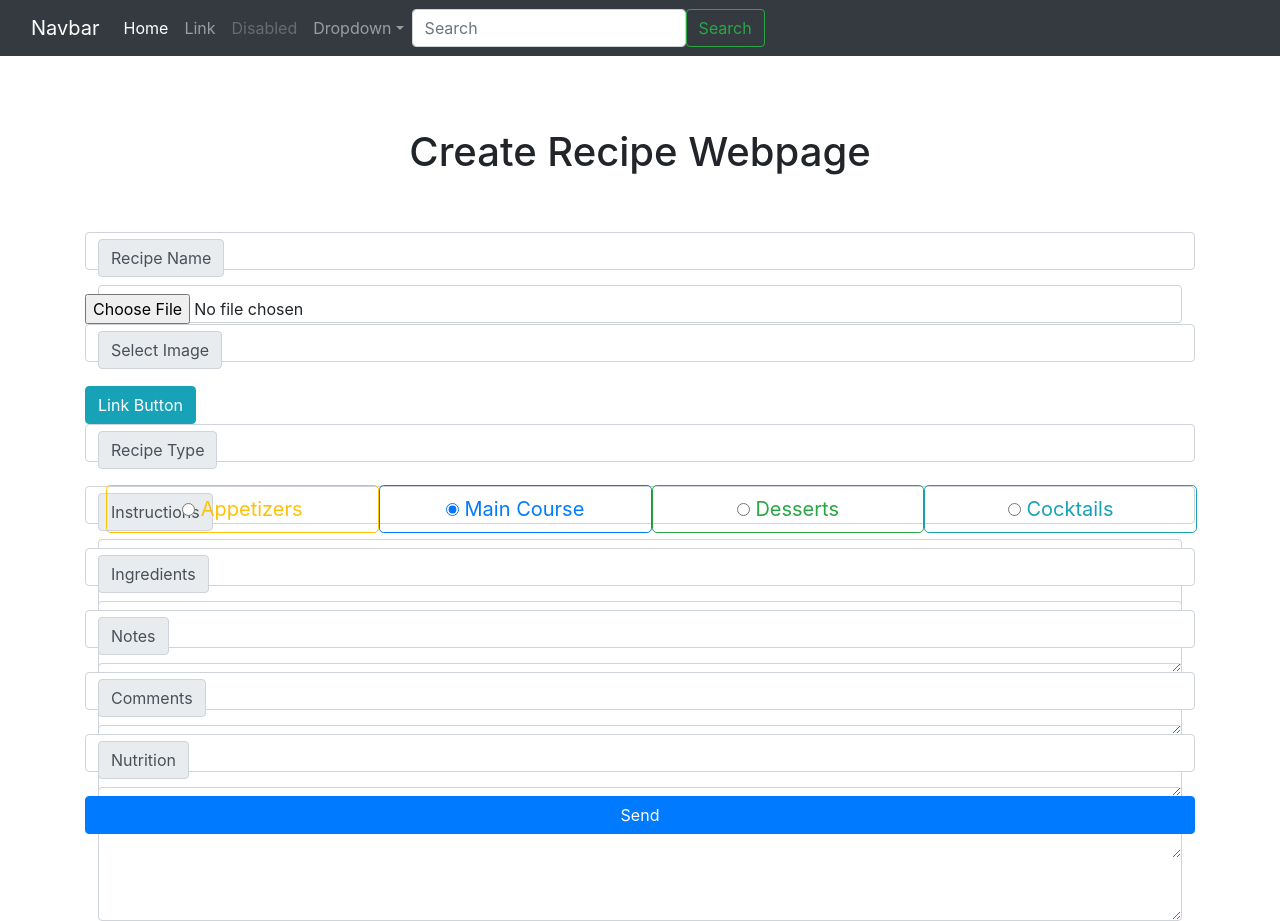
Repository: jerrywthompson/createRecipeWebpageHTML
Page: index.html
The author's editor kept a copy of each file at every save. The page is drawn from the files as they stood at one save, then again after the next save.
The browser window is 1280 px wide. The pictures show the whole page.

Above is the page before, as saved 2021-02-25 15:29:16.

### index.html
<!doctype html>
<html lang="en">
    <head>
        <meta charset="utf-8">
        <meta name="viewport" content="width=device-width, initial-scale=1">
        <meta name="description" content="">
        <meta name="author" content="Mark Otto, Jacob Thornton, and Bootstrap contributors">
        <meta name="generator" content="Hugo 0.80.0">
        <title>Create Recipe Webpage</title>

        <link rel="stylesheet" href="css/main.css"/>
        <!-- Bootstrap core CSS -->
        <!-- <link href="css/bootstrap5/css/bootstrap.min.css" rel="stylesheet"> -->
        <link rel="stylesheet" href="css/bootstrap-4.5.3/css/bootstrap.min.css">

        <style>
            .bd-placeholder-img {
                font-size: 1.125rem;
                text-anchor: middle;
                -webkit-user-select: none;
                -moz-user-select: none;
                user-select: none;
            }

            @media (min-width: 768px) {
                .bd-placeholder-img-lg {
                    font-size: 3.5rem;
                }
            }
        </style>

    </head>
    <body>

        <nav class="navbar navbar-expand-md navbar-dark bg-dark fixed-top">
            <div class="container-fluid">
                <a class="navbar-brand" href="#">Navbar</a>
                <button class="navbar-toggler" type="button" data-bs-toggle="collapse" data-bs-target="#navbarsExampleDefault" aria-controls="navbarsExampleDefault" aria-expanded="false" aria-label="Toggle navigation">
                    <span class="navbar-toggler-icon"></span>
                </button>

                <div class="collapse navbar-collapse" id="navbarsExampleDefault">
                    <ul class="navbar-nav me-auto mb-2 mb-md-0">
                        <li class="nav-item">
                            <a class="nav-link active" aria-current="page" href="#">Home</a>
                        </li>
                        <li class="nav-item">
                            <a class="nav-link" href="#">Link</a>
                        </li>
                        <li class="nav-item">
                            <a class="nav-link disabled" href="#" tabindex="-1" aria-disabled="true">Disabled</a>
                        </li>
                        <li class="nav-item dropdown">
                            <a class="nav-link dropdown-toggle" href="#" id="dropdown01" data-bs-toggle="dropdown" aria-expanded="false">Dropdown</a>
                            <ul class="dropdown-menu" aria-labelledby="dropdown01">
                                <li><a class="dropdown-item" href="#">Action</a></li>
                                <li><a class="dropdown-item" href="#">Another action</a></li>
                                <li><a class="dropdown-item" href="#">Something else here</a></li>
                            </ul>
                        </li>
                    </ul>
                    <form class="d-flex">
                        <input class="form-control me-2" type="search" placeholder="Search" aria-label="Search">
                        <button class="btn btn-outline-success" type="submit">Search</button>
                    </form>
                </div>
            </div>
        </nav>
        <div class="starter-template text-center py-5 px-3">
            <h1>Create Recipe Webpage</h1>
        </div>
        <main class="container">
            <div class="input-section">
                <fieldset class="form-group">

                    <form action="main.php" method="post">
                        <div class="form-control mb-4">
                            <div class="input-group-prepend mb-2">
                                <span class="input-group-text" id="inputGroup-sizing-default">Recipe Name</span>
                            </div>
                            <input type="text" name="recipeName" class="form-control" aria-label="Default" aria-describedby="inputGroup-sizing-default">
                        </div>

                        <input id="input-b1" name="input-b1" type="file" class="file" data-browse-on-zone-click="true">
                        <div class="form-control mb-4">

                            <div class="input-group-prepend mb-2">
                                <span class="input-group-text">Select Image</span>
                            </div>
                            <input type="file" class="custom-file-input" name="image" id="exampleInputFile">
                        </div>


                        <a href="uploadFile/index.html" class="btn btn-info" role="button">Link Button</a>

                        <div class="form-control mb-4">
                            <div class="input-group-prepend mb-3">
                                <span class="input-group-text" id="inputGroup-sizing-default">Recipe Type</span>
                            </div>
                            <div class="btn-toolbar row ml-2">
                                <label class="btn btn-outline-warning btn-lg col-lg-3">
                                    <input type="radio" name="recipeType" id="appetizers" value="appetizers" autocomplete="off" > Appetizers
                                </label>
                                <label class="btn btn-outline-primary btn-lg col-lg-3">
                                    <input type="radio" name="recipeType" id="main_course" value="main_course" autocomplete="off" checked> Main Course
                                </label>
                                <label class="btn btn-outline-success btn-lg col-lg-3">
                                    <input type="radio" name="recipeType" id="desserts" value="desserts" autocomplete="off"> Desserts
                                </label>
                                <label class="btn btn-outline-info btn-lg col-lg-3">
                                    <input type="radio" name="recipeType" id="cocktails" value="cocktails" autocomplete="off"> Cocktails
                                </label>
                            </div>
                        </div>
                        <div class="form-control mb-4">
                            <div class="input-group-prepend mb-2">
                                <span class="input-group-text">Instructions</span>
                            </div>
                            <textarea class="form-control" name="instructions" id="instructions" rows="5"></textarea>
                        </div>
                        <div class="form-control mb-4">
                            <div class="input-group-prepend mb-2">
                                <span class="input-group-text">Ingredients</span>
                            </div>
                            <textarea class="form-control" name="ingredients" id="ingredients" rows="5"></textarea>
                        </div>

                        <div class="form-control mb-4">
                            <div class="input-group-prepend mb-2">
                                <span class="input-group-text">Notes</span>
                            </div>
                            <textarea class="form-control" name="notes" id="notes" rows="5"></textarea>
                        </div>

                        <div class="form-control mb-4">
                            <div class="input-group-prepend mb-2">
                                <span class="input-group-text">Comments</span>
                            </div>
                            <textarea class="form-control" name="comments" id="comments" rows="5"></textarea>
                        </div>

                        <div class="form-control mb-4">
                            <div class="input-group-prepend mb-2">
                                <span class="input-group-text">Nutrition</span>
                            </div>
                            <textarea class="form-control" name="nutrition" id="nutrition" rows="5"></textarea>
                        </div>


                        <!-- Submit button -->
                        <button type="submit" class="btn btn-primary btn-block mb-4">Send</button>
                    </form>

                </fieldset>




                <script src="../assets/dist/js/bootstrap.bundle.min.js"></script>


                </body>
                </html>
                <a href="../flask_db4/flaskblog/templates/create_post.html"></a>

Loaded but not shown: css/main.css (common file); css/bootstrap-4.5.3/css/bootstrap.min.css (library); assets/dist/js/bootstrap.bundle.min.js (library)

After the next save:
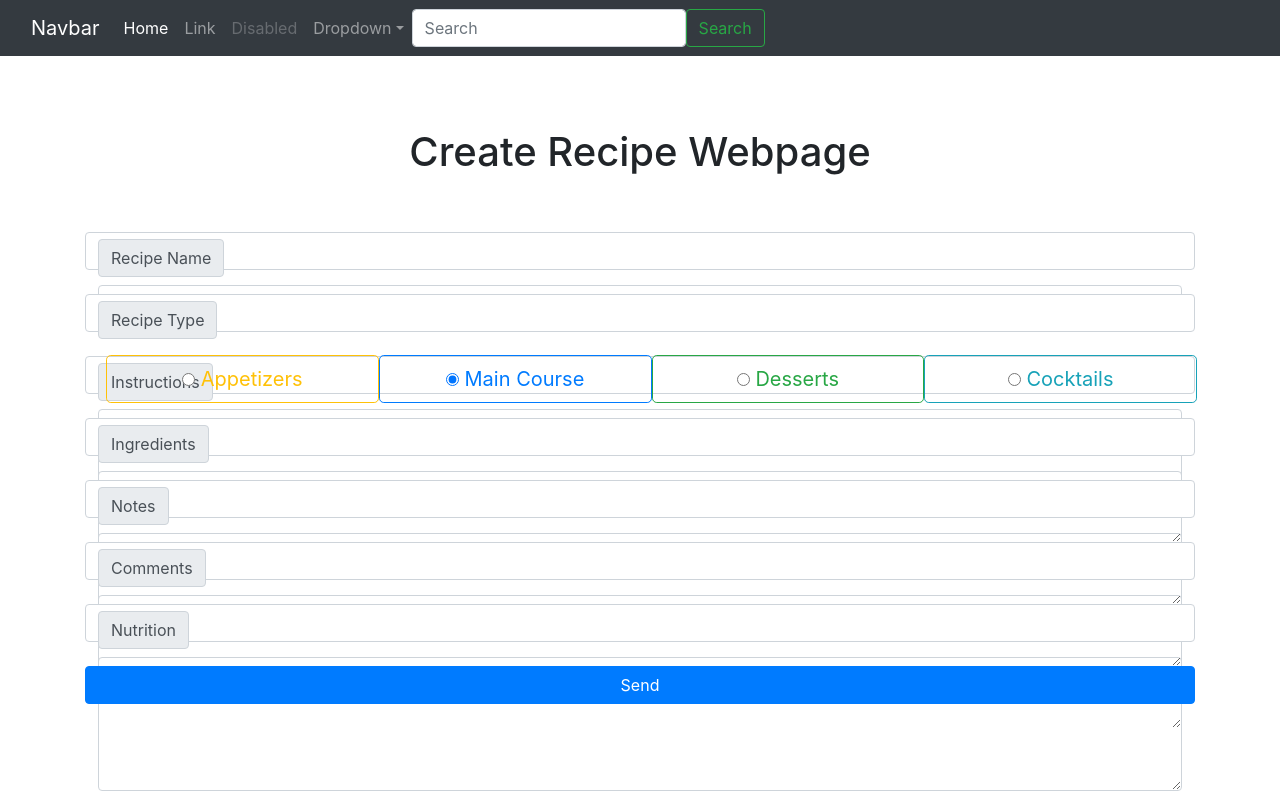
Saved 34 s later.
--- a/index.html
+++ b/index.html
@@ -81,18 +81,6 @@
                             <input type="text" name="recipeName" class="form-control" aria-label="Default" aria-describedby="inputGroup-sizing-default">
                         </div>
 
-                        <input id="input-b1" name="input-b1" type="file" class="file" data-browse-on-zone-click="true">
-                        <div class="form-control mb-4">
-
-                            <div class="input-group-prepend mb-2">
-                                <span class="input-group-text">Select Image</span>
-                            </div>
-                            <input type="file" class="custom-file-input" name="image" id="exampleInputFile">
-                        </div>
-
-
-                        <a href="uploadFile/index.html" class="btn btn-info" role="button">Link Button</a>
-
                         <div class="form-control mb-4">
                             <div class="input-group-prepend mb-3">
                                 <span class="input-group-text" id="inputGroup-sizing-default">Recipe Type</span>
